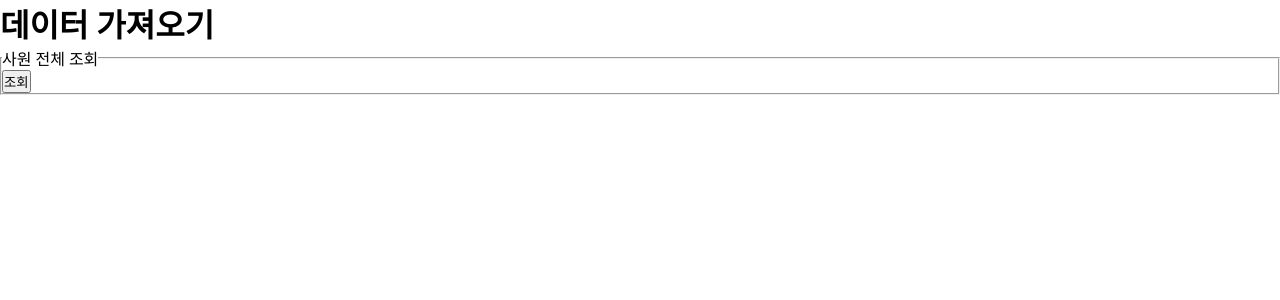
Repository: lafayetteey/WorkSpace_JQ_Ajax
Page: workspace_jq_Ajax/UI_JQ_Ajax/WebContent/jq22_ajax.html
An editor plug-in stored every save of this project. The page is shown before and after the next save, followed by the edit.
The browser window is 1280 px wide. The pictures show the whole page.

Above is the page before, as saved 2020-06-22 10:29:46.

### workspace_jq_Ajax/UI_JQ_Ajax/WebContent/jq22_ajax.html
<!DOCTYPE html>
<html>
<head>
<meta charset="UTF-8">
<title>Insert title here</title>
<style type="text/css">
	*{
		margin: 0px;
		padding : 0px;
	}
	table{width:900px;}
	table tr:nth-child(1){background-color: orange;}
</style>
</head>
<body>
	<h1>데이터 가져오기 </h1>
	<fieldset>
		<legend>사원 전체 조회 </legend>
		<input type="button" value="조회" id="emp_search">
	</fieldset>
</body>
</html>

After the next save:
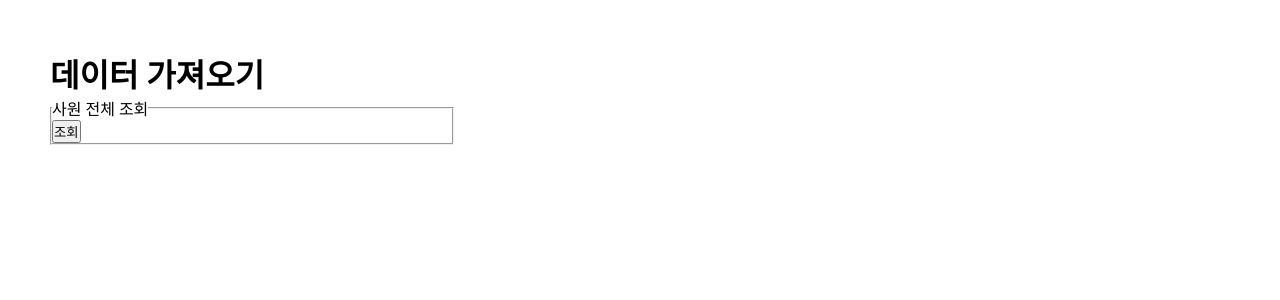
Saved 26 s later.
--- a/workspace_jq_Ajax/UI_JQ_Ajax/WebContent/jq22_ajax.html
+++ b/workspace_jq_Ajax/UI_JQ_Ajax/WebContent/jq22_ajax.html
@@ -10,6 +10,8 @@
 	}
 	table{width:900px;}
 	table tr:nth-child(1){background-color: orange;}
+	fieldset{width:400px;}
+	body{width:1000px; margin:50px;}
 </style>
 </head>
 <body>
